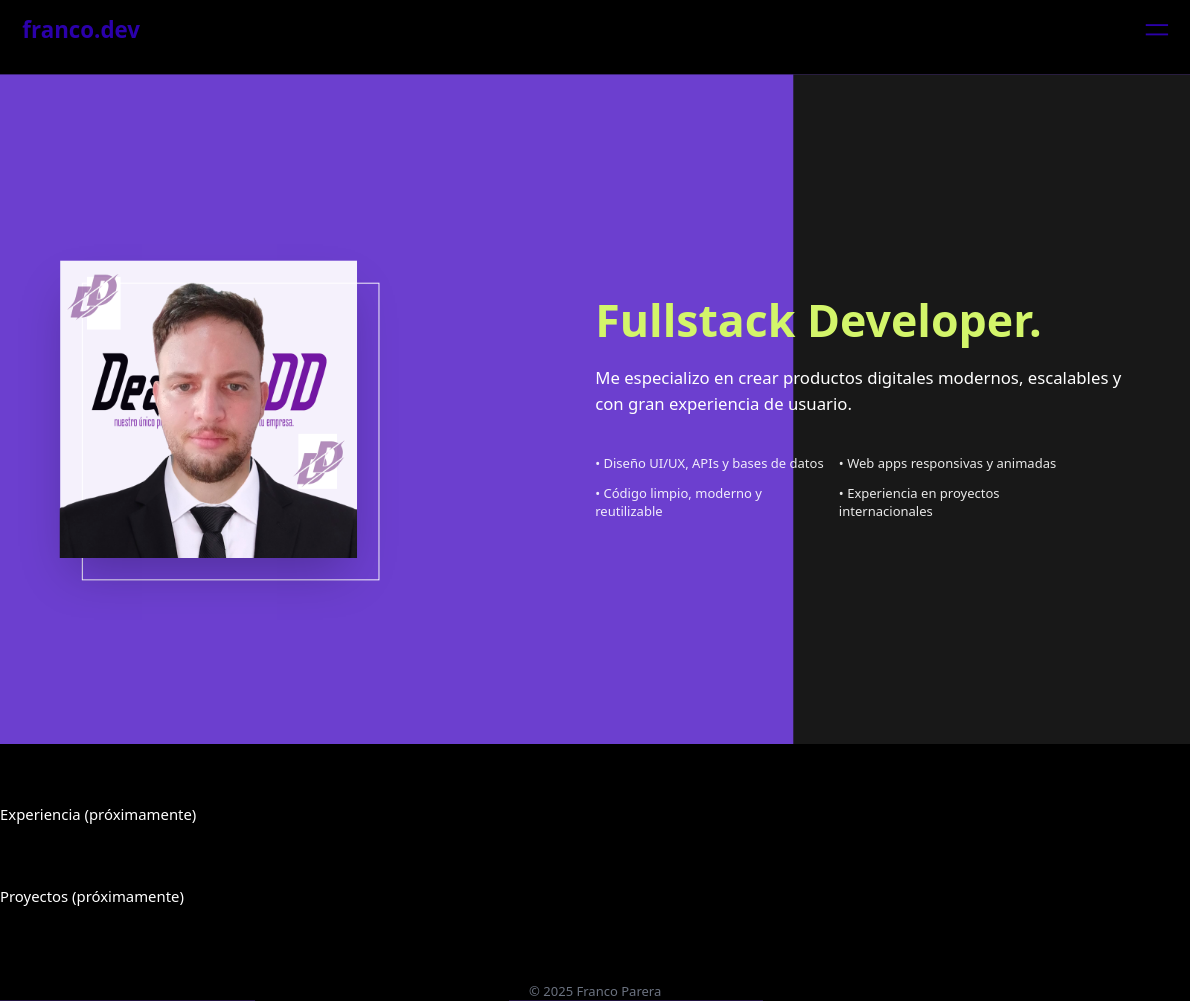
Repository: francoluca35/portfolio-franco-dev
Page: /
The author's editor kept a copy of each file at every save. The page is drawn from the files as they stood at one save, then again after the next save.
The browser window is 1280 px wide. The pictures show the whole page, at 93% of full size.
The project was rebuilt for these pictures with package versions that can differ from the ones it lists, and the page was loaded fresh each time. The framework's server and built-in components were replaced by stand-ins that run in the browser. Also part of the build but not shown: next.config.js.

Above is the page before, as saved 2025-05-06 01:21:45.

### app/layout.jsx
import Nav from "../components/Nav";
import "../styles/globals.css";

export const metadata = {
  title: "Franco Parera | Desarrollador Web Fullstack",
  description:
    "Portfolio de Franco Parera, desarrollador web especializado en React, Next.js y soluciones escalables.",
  keywords:
    "desarrollador web, portfolio, frontend, backend, next.js, react, diseño web, SEO, Buenos Aires",
  authors: [{ name: "Franco Parera" }],
  creator: "Franco Parera",
  openGraph: {
    title: "Franco Parera | Desarrollador Web",
    description:
      "Conocé mis proyectos como desarrollador web fullstack. Diseño moderno, rendimiento y SEO.",
    url: "https://tusitio.com",
    siteName: "Franco Parera | Portfolio",
    images: [
      {
        url: "https://tusitio.com/og-image.jpg",
        width: 1200,
        height: 630,
        alt: "Imagen portfolio Franco",
      },
    ],
    locale: "es_AR",
    type: "website",
  },
  twitter: {
    card: "summary_large_image",
    title: "Franco Parera | Desarrollador Web",
    description:
      "Portfolio profesional de Franco Parera con proyectos reales, experiencia y habilidades técnicas.",
    images: ["https://tusitio.com/og-image.jpg"],
  },
};

export default function RootLayout({ children }) {
  return (
    <html lang="es">
      <head>
        <meta name="viewport" content="width=device-width, initial-scale=1" />
        <link rel="icon" href="/favicon.ico" />
      </head>
      <body className="bg-black text-white antialiased">
        <Nav />
        <div className="pt-20">{children}</div>{" "}
        {/* Deja espacio para el nav fijo */}
      </body>
    </html>
  );
}

### app/page.jsx
"use client";

import Hero from "../components/Hero";
import Experience from "../components/Experience";
import Projects from "../components/Projects";
import Footer from "../components/Footer";

export default function Home() {
  return (
    <>
      <main>
        <section id="inicio">
          <Hero />
        </section>

        <section id="experiencia">
          <Experience />
        </section>

        <section id="proyectos">
          <Projects />
        </section>

        <section id="contacto">
          <Footer />
        </section>
      </main>
    </>
  );
}

### components/Nav.jsx
"use client";

import { useState } from "react";
import Link from "next/link";
import { motion, AnimatePresence } from "framer-motion";

export default function Nav() {
  const [isOpen, setIsOpen] = useState(false);

  return (
    <>
      {/* Top navbar */}
      <nav className="fixed w-full px-6 py-4 flex justify-between items-center z-50 bg-transparent text-[#2B00AA]">
        <h1 className="text-2xl font-bold">franco.dev</h1>

        <button onClick={() => setIsOpen(true)} className="space-y-2">
          <span className="block w-6 h-0.5 bg-[#2B00AA]"></span>
          <span className="block w-6 h-0.5 bg-[#2B00AA]"></span>
        </button>
      </nav>

      {/* Fullscreen menu */}
      <AnimatePresence>
        {isOpen && (
          <motion.div
            initial={{ opacity: 0 }}
            animate={{ opacity: 1 }}
            exit={{ opacity: 0 }}
            className="fixed inset-0 bg-[#E60000] text-white flex flex-col items-center justify-center text-5xl font-extrabold z-50"
          >
            <button
              onClick={() => setIsOpen(false)}
              className="absolute top-6 right-8 text-lg font-bold"
            >
              close
            </button>

            <ul className="space-y-8 text-center">
              <li>
                <Link href="#inicio" onClick={() => setIsOpen(false)}>
                  HOME
                </Link>
              </li>
              <li>
                <Link href="#experiencia" onClick={() => setIsOpen(false)}>
                  EXPERIENCIA
                </Link>
              </li>
              <li>
                <Link href="#proyectos" onClick={() => setIsOpen(false)}>
                  PROYECTOS
                </Link>
              </li>
              <li>
                <Link href="#contacto" onClick={() => setIsOpen(false)}>
                  CONTACTO
                </Link>
              </li>
            </ul>

            <div className="text-sm font-light mt-16 flex gap-8">
              <a
                href="https://linkedin.com/in/francoparera"
                target="_blank"
                rel="noopener noreferrer"
              >
                LinkedIn
              </a>
              <a
                href="https://twitter.com"
                target="_blank"
                rel="noopener noreferrer"
              >
                Twitter
              </a>
            </div>
          </motion.div>
        )}
      </AnimatePresence>
    </>
  );
}

### components/Hero.jsx
"use client";
import { motion } from "framer-motion";
import Image from "next/image";

export default function Hero() {
  return (
    <section className="relative w-full min-h-screen bg-[#6C3FCF] text-white flex items-center justify-center px-6 sm:px-12 py-20">
      {/* Fondo negro a la derecha solo en desktop */}
      <div className="hidden md:block absolute top-0 right-0 w-1/3 h-full bg-[#181818] z-0" />

      {/* Contenido */}
      <div className="relative z-10 max-w-6xl w-full flex flex-col items-center md:flex-row md:items-center md:justify-between gap-10 md:gap-0">
        {/* Imagen arriba en mobile, a la derecha en desktop */}
        <motion.div
          initial={{ opacity: 0, scale: 0.95 }}
          animate={{ opacity: 1, scale: 1 }}
          transition={{ duration: 0.6 }}
          className="relative flex justify-center"
        >
          {/* Cuadro blanco detrás */}
          <div className="absolute top-6 left-6 w-60 h-60 md:w-80 md:h-80 border border-white z-0" />

          {/* Imagen principal */}
          <div className="relative w-60 h-60 md:w-80 md:h-80 shadow-2xl overflow-hidden z-10">
            <Image
              src="/assets/yo-franco.png"
              alt="Foto de Franco"
              fill
              className="object-cover"
              priority
            />
          </div>
        </motion.div>

        {/* Texto debajo en mobile, izquierda en desktop */}
        <div className="text-center md:text-left md:w-1/2 space-y-6">
          <motion.h1
            initial={{ opacity: 0, y: 20 }}
            animate={{ opacity: 1, y: 0 }}
            transition={{ duration: 0.6 }}
            className="text-4xl sm:text-5xl font-extrabold text-[#D3F56A]"
          >
            Fullstack Developer.
          </motion.h1>

          <motion.p
            initial={{ opacity: 0, y: 20 }}
            animate={{ opacity: 1, y: 0 }}
            transition={{ delay: 0.2, duration: 0.6 }}
            className="text-base sm:text-lg text-white max-w-xl mx-auto md:mx-0"
          >
            Me especializo en crear productos digitales modernos, escalables y
            con gran experiencia de usuario.
          </motion.p>

          <div className="grid grid-cols-1 sm:grid-cols-2 gap-3 text-sm text-white/90 max-w-lg mx-auto md:mx-0 pt-4">
            <p>• Diseño UI/UX, APIs y bases de datos</p>
            <p>• Web apps responsivas y animadas</p>
            <p>• Código limpio, moderno y reutilizable</p>
            <p>• Experiencia en proyectos internacionales</p>
          </div>
        </div>
      </div>
    </section>
  );
}

### components/Experience.jsx
export default function Experience() { return <section className="my-16">Experiencia (próximamente)</section>; }

### components/Projects.jsx
export default function Projects() { return <section className="my-16">Proyectos (próximamente)</section>; }

### components/Footer.jsx
export default function Footer() { return <footer className="mt-20 text-center text-sm text-gray-500">© 2025 Franco Parera</footer>; }

### tailwind.config.js
/** @type {import('tailwindcss').Config} */
module.exports = {
  content: [
    "./app/**/*.{js,ts,jsx,tsx}",
    "./components/**/*.{js,ts,jsx,tsx}",
  ],
  darkMode: 'class',
  theme: {
    extend: {},
  },
  plugins: [],
}

Loaded but not shown: styles/globals.css (common file)

After the next save:
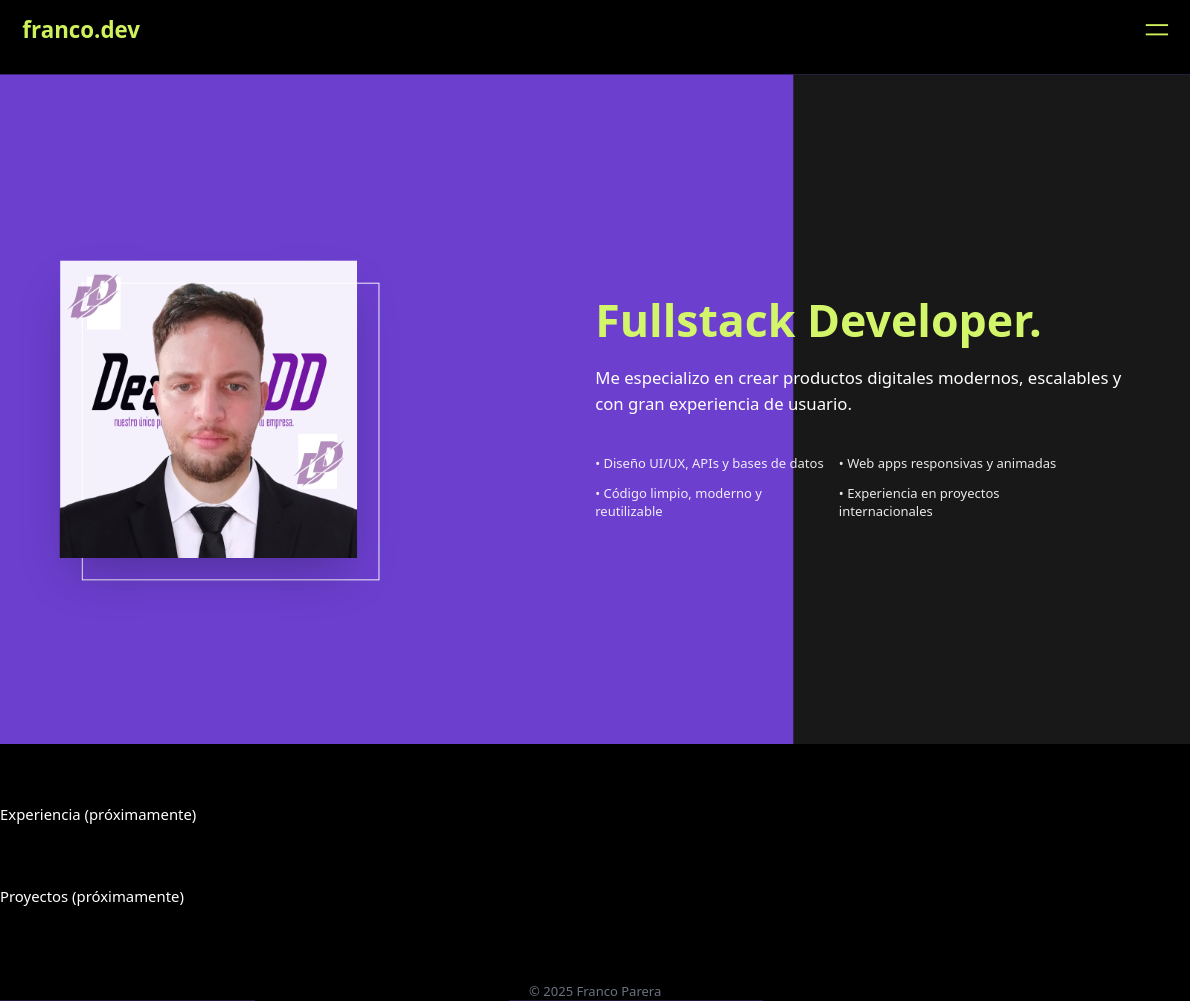
Saved 51 s later.
--- a/components/Nav.jsx
+++ b/components/Nav.jsx
@@ -10,12 +10,12 @@ export default function Nav() {
   return (
     <>
       {/* Top navbar */}
-      <nav className="fixed w-full px-6 py-4 flex justify-between items-center z-50 bg-transparent text-[#2B00AA]">
-        <h1 className="text-2xl font-bold">franco.dev</h1>
+      <nav className="fixed w-full px-6 py-4 flex justify-between items-center z-50 bg-black/80 backdrop-blur-sm text-white shadow-md">
+        <h1 className="text-2xl font-bold text-[#CFF25C]">franco.dev</h1>
 
         <button onClick={() => setIsOpen(true)} className="space-y-2">
-          <span className="block w-6 h-0.5 bg-[#2B00AA]"></span>
-          <span className="block w-6 h-0.5 bg-[#2B00AA]"></span>
+          <span className="block w-6 h-0.5 bg-[#CFF25C]"></span>
+          <span className="block w-6 h-0.5 bg-[#CFF25C]"></span>
         </button>
       </nav>
 
